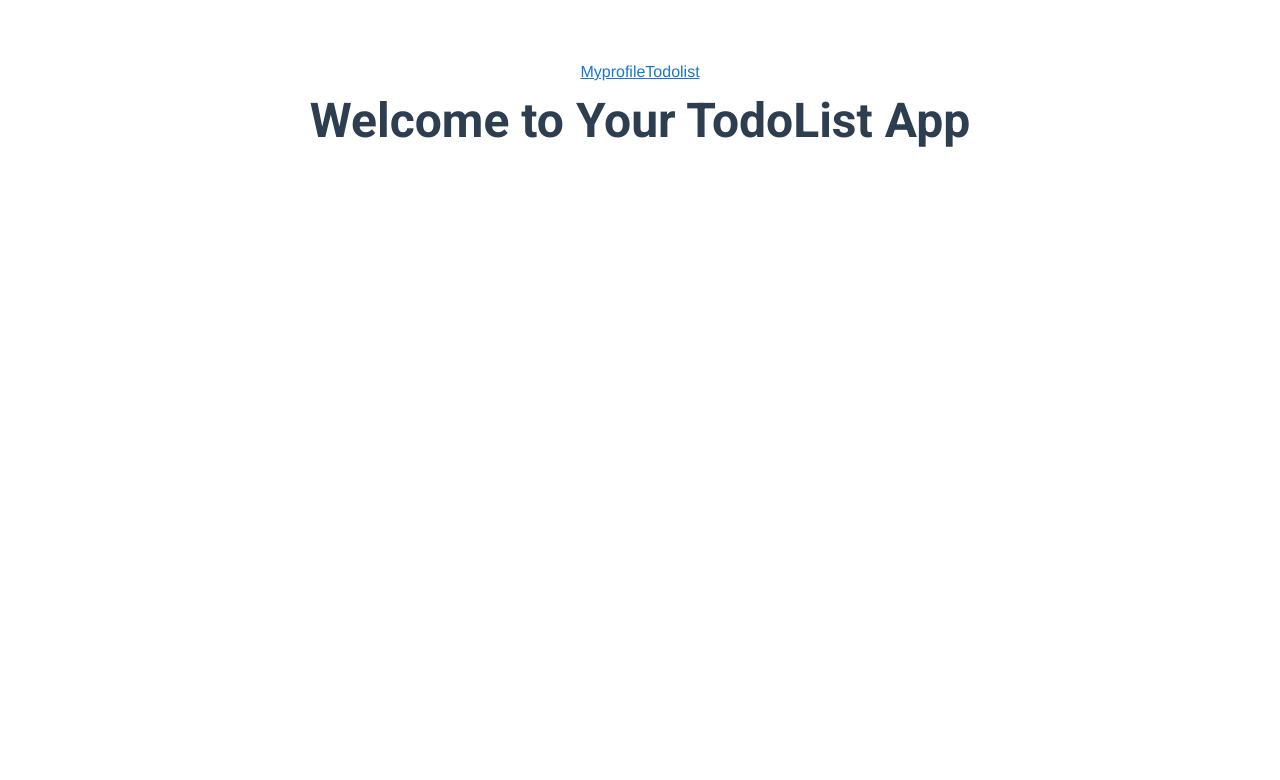
Repository: Shanshan67/todolist
Page: /
The author's editor kept a copy of each file at every save. The page is drawn from the files as they stood at one save, then again after a run of saves.
The browser window is 1280 px wide. The pictures show the whole page.
The project was rebuilt for these pictures with package versions that can differ from the ones it lists, and the page was loaded fresh each time. Also part of the build but not shown: src/components/Search.vue, src/components/List.vue, src/pages/Myprofile.vue, src/pages/Todolist.vue.

Above is the page before, as saved 2022-07-20 18:36:43.

After the next 2 saves:
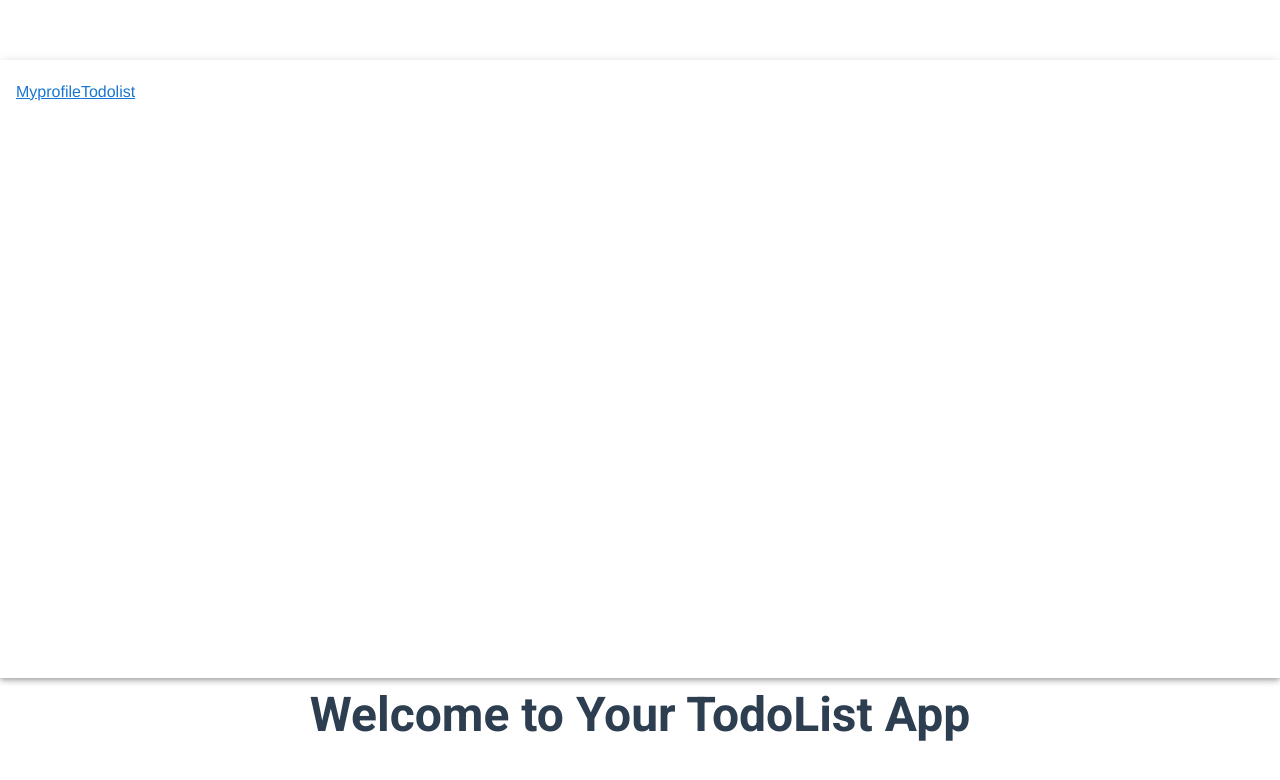
The 2 saves are shown as one change because 1 did not build or start.
The last was saved 38 s later.
--- a/src/App.vue
+++ b/src/App.vue
@@ -1,10 +1,10 @@
 <template>
   <v-app>
 
-    <div>
+    <v-toolbar app>
       <router-link to="/profile">Myprofile</router-link>
       <router-link to="/todolist">Todolist</router-link>
-    </div>
+    </v-toolbar>
     <div>
       <router-view/>
     </div>
